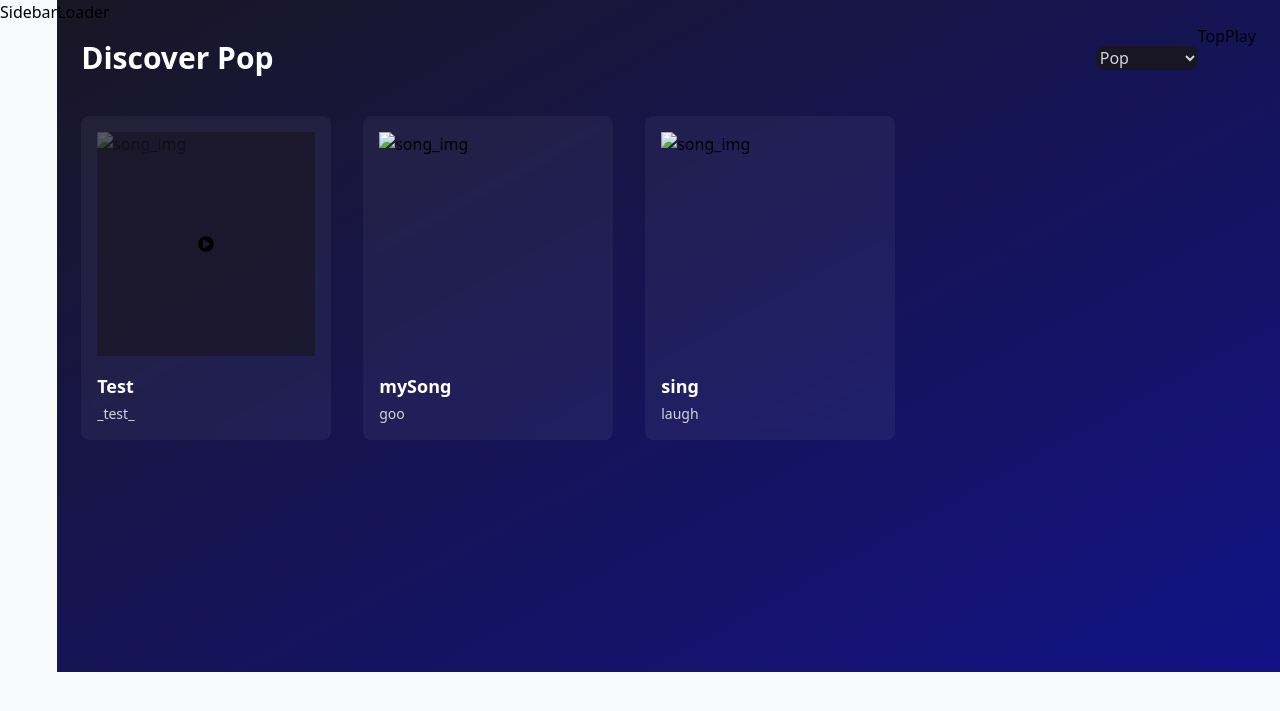
Repository: Chris24T/Dotify
Page: /
The author's editor kept a copy of each file at every save. The page is drawn from the files as they stood at one save, then again after the next save.
The browser window is 1280 px wide. The pictures show the whole page.
The project was rebuilt for these pictures with package versions that can differ from the ones it lists, and the page was loaded fresh each time. Also part of the build but not shown: vite.config.js, src/components/ArtistCard.jsx, src/components/DetailsHeader.jsx, src/components/SongBar.jsx, src/components/RelatedSongs.jsx, src/components/MusicPlayer/Controls.jsx, src/components/MusicPlayer/Player.jsx, src/components/MusicPlayer/Seekbar.jsx and 12 more.

Above is the page before, as saved 2022-12-03 22:25:55.

### src/redux/store.js
import { configureStore } from '@reduxjs/toolkit';

import { shazamCoreApi } from './services/shazamCore';
import playerReducer from './features/playerSlice';

export const store = configureStore({
  reducer: {
    player: playerReducer,
    [shazamCoreApi.reducerPath]: shazamCoreApi.reducer,
  },
  middleware: (getDefaultMiddleware) =>
    getDefaultMiddleware().concat(shazamCoreApi.middleware),
});

### src/redux/services/shazamCore.js
import { createApi, fetchBaseQuery } from '@reduxjs/toolkit/query/react';

const baseHeaders = {
  'X-RapidAPI-Key': 'aa86041609msh651730729ed9b3dp1da6e2jsn7ec97b06be13',
  'X-RapidAPI-Host': 'shazam-core.p.rapidapi.com',
};

export const shazamCoreApi = createApi({
  reducerPath: 'shazamCoreApi',
  baseQuery: fetchBaseQuery({
    baseUrl: 'https://shazam-core.p.rapidapi.com/v1',
    prepareHeaders: (headers) => {
      headers.set({ baseHeaders });
      return headers;
    },
  }),
  endpoints: (builder) => ({
    getTopCharts: builder.query({ query: (genre) => '/charts/world' }),
  }),
});
// redux toolkit auto generates a hook
export const { useGetTopChartsQuery } = shazamCoreApi;

### src/redux/features/playerSlice.js
import { createSlice } from '@reduxjs/toolkit';

const initialState = {
  currentSongs: [],
  currentIndex: 0,
  isActive: false,
  isPlaying: false,
  activeSong: {},
  genreListId: '',
};

const playerSlice = createSlice({
  name: 'player',
  initialState,
  reducers: {
    setActiveSong: (state, action) => {
      state.activeSong = action.payload.song;

      if (action.payload?.data?.tracks?.hits) {
        state.currentSongs = action.payload.data.tracks.hits;
      } else if (action.payload?.data?.properties) {
        state.currentSongs = action.payload?.data?.tracks;
      } else {
        state.currentSongs = action.payload.data;
      }

      state.currentIndex = action.payload.i;
      state.isActive = true;
    },

    nextSong: (state, action) => {
      if (state.currentSongs[action.payload]?.track) {
        state.activeSong = state.currentSongs[action.payload]?.track;
      } else {
        state.activeSong = state.currentSongs[action.payload];
      }

      state.currentIndex = action.payload;
      state.isActive = true;
    },

    prevSong: (state, action) => {
      if (state.currentSongs[action.payload]?.track) {
        state.activeSong = state.currentSongs[action.payload]?.track;
      } else {
        state.activeSong = state.currentSongs[action.payload];
      }

      state.currentIndex = action.payload;
      state.isActive = true;
    },

    playPause: (state, action) => {
      state.isPlaying = action.payload;
    },

    selectGenreListId: (state, action) => {
      state.genreListId = action.payload;
    },
  },
});

export const { setActiveSong, nextSong, prevSong, playPause, selectGenreListId } = playerSlice.actions;

export default playerSlice.reducer;

### src/components/SongCard.jsx
import { Link } from 'react-router-dom';
import { useDispatch } from 'react-redux';

import PlayPause from './PlayPause';
import { playPause, setActiveSong } from '../redux/features/playerSlice';

const SongCard = ({ song, i }) => {
  const activeSong = { title: 'Test' };

  const handlePauseClick = () => {};
  const handlePlayClick = () => {};

  return (
    <div
      className="flex flex-col w-[250px] p-4 bg-white/5 bg-opacity-80
     backdrop-blur-sm animate-slideup rounded-lg cursor-pointer"
    >
      <div className="relative w-full h-56 group">
        <div
          className={`absolute inset-0 justify-center items-center
          bg-black bg-opacity-50 group-hover:flex ${
            activeSong?.title === song.title
              ? 'flex bg-black bg-opacity-70'
              : 'hidden'
          }`}
        >
          <PlayPause
            song={song}
            handlePause={handlePauseClick}
            handlePlay={handlePlayClick}
          />
        </div>
        <img alt="song_img" src={song.image?.coverart} />
      </div>
      <div className="mt-4 flex flex-col">
        <p className="font-semibold text-lg text-white truncate">
          <Link to={`/songs/$song?.key`}>{song.title}</Link>
        </p>
        <p className="text-sm truncate text-gray-300 mt-1">
          <Link
            to={
              song.artists
                ? `/artists/${song?.artists[0]?.adamid}`
                : '/top-artists'
            }
          >
            {song.subtitle}
          </Link>
        </p>
      </div>
    </div>
  );
};

export default SongCard;

### src/pages/Discover.jsx
import { Error, Loader, SongCard } from '../components';
import { genres } from '../assets/constants';
import { useDispatch, useSelector } from 'react-redux';
import { useGetTopChartsQuery } from '../redux/services/shazamCore';
import { useDebugValue } from 'react';

const Discover = () => {
  const dispach = useDebugValue();
  const { activeSong, isPlaying } = useSelector((state) => state.player);
  // const { data, isFetching, error } = useGetTopChartsQuery();
  const data = [
    { title: 'Test', subtitle: '_test_' },
    { title: 'mySong', subtitle: 'goo' },
    { title: 'sing', subtitle: 'laugh' },
  ];
  const isFetching = false;
  const genreTitle = 'Pop';

  if (isFetching) return <Loader title="Loading Songs..." />;
  // if (error) return <Error />;

  return (
    <div className="flex flex-col">
      <div className="w-full flex justify-between items-center sm:flex-row flex-col mt-4 mb-10">
        <h2 className="font-bold text-3xl text-white text-left">
          Discover {genreTitle}
        </h2>
        <select
          onChange={() => {}}
          value=""
          className="bg-black rounded-lg outline-none text-gray-300 sm:mt-0 mt-5"
        >
          {genres.map((genre) => (
            <option key={genre.value} value={genre.value}>
              {genre.title}
            </option>
          ))}
        </select>
      </div>
      <div className="flex flex-wrap sm:justify-start justify-center gap-8">
        {data.map((song, i) => {
          return (
            <SongCard
              key={song.key}
              song={song}
              isPlaying={isPlaying}
              activeSong={activeSong}
              i={i}
            ></SongCard>
          );
        })}
      </div>
    </div>
  );
};

export default Discover;

### src/components/PlayPause.jsx
import { FaPauseCircle, FaPlayCircle } from 'react-icons/fa';

const PlayPause = ({ isPlaying, activeSong, song, handlePause, handlePlay }) =>
  isPlaying && activeSong?.title === song.title ? (
    <FaPauseCircle />
  ) : (
    <FaPlayCircle />
  );

export default PlayPause;

### src/assets/constants.js
import { HiOutlineHashtag, HiOutlineHome, HiOutlinePhotograph, HiOutlineUserGroup } from 'react-icons/hi';

export const genres = [
  { title: 'Pop', value: 'POP' },
  { title: 'Hip-Hop', value: 'HIP_HOP_RAP' },
  { title: 'Dance', value: 'DANCE' },
  { title: 'Electronic', value: 'ELECTRONIC' },
  { title: 'Soul', value: 'SOUL_RNB' },
  { title: 'Alternative', value: 'ALTERNATIVE' },
  { title: 'Rock', value: 'ROCK' },
  { title: 'Latin', value: 'LATIN' },
  { title: 'Film', value: 'FILM_TV' },
  { title: 'Country', value: 'COUNTRY' },
  { title: 'Worldwide', value: 'WORLDWIDE' },
  { title: 'Reggae', value: 'REGGAE_DANCE_HALL' },
  { title: 'House', value: 'HOUSE' },
  { title: 'K-Pop', value: 'K_POP' },
];

export const links = [
  { name: 'Discover', to: '/', icon: HiOutlineHome },
  { name: 'Around You', to: '/around-you', icon: HiOutlinePhotograph },
  { name: 'Top Artists', to: '/top-artists', icon: HiOutlineUserGroup },
  { name: 'Top Charts', to: '/top-charts', icon: HiOutlineHashtag },
];

Loaded but not shown: index.html (common file); src/index.jsx (common file); src/index.css (common file); src/App.jsx (common file); src/components/index.js (common file); src/pages/index.js (common file); src/components/Sidebar.jsx (common file); src/components/Searchbar.jsx (common file); src/components/TopPlay.jsx (common file); tailwind.config.js (common file)

After the next save:
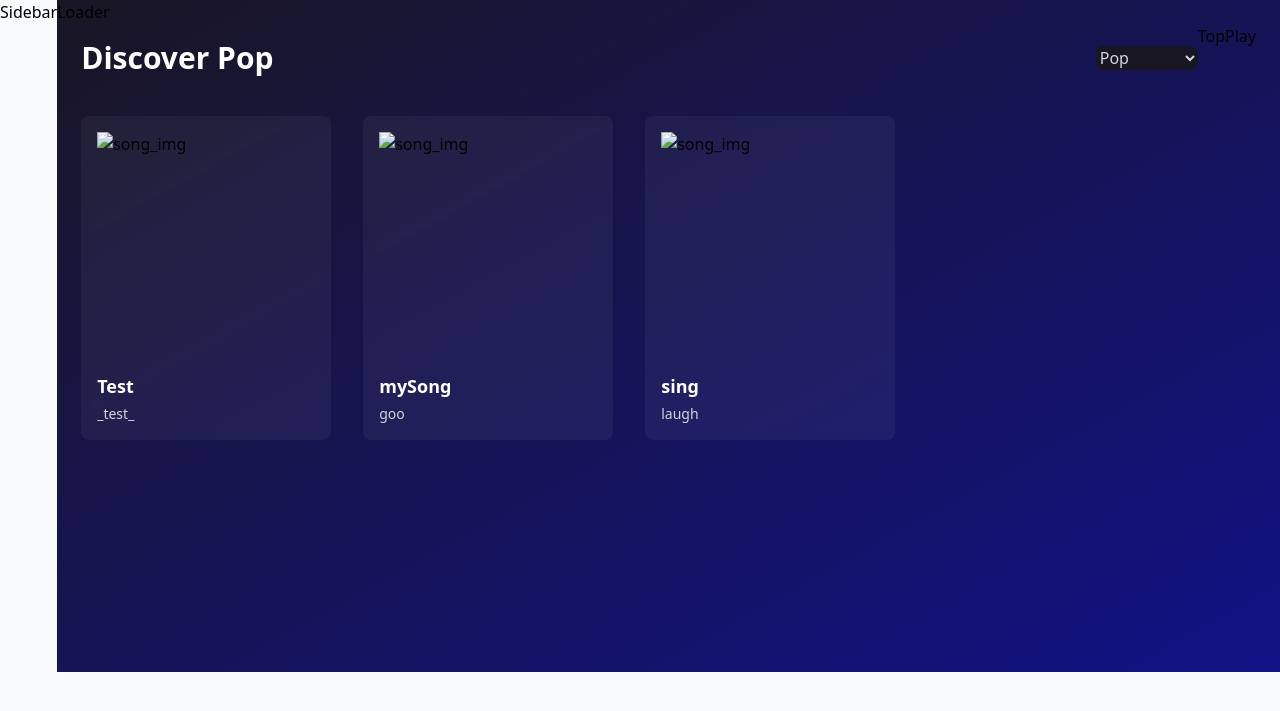
Saved 13 s later.
--- a/src/components/SongCard.jsx
+++ b/src/components/SongCard.jsx
@@ -4,9 +4,7 @@ import { useDispatch } from 'react-redux';
 import PlayPause from './PlayPause';
 import { playPause, setActiveSong } from '../redux/features/playerSlice';
 
-const SongCard = ({ song, i }) => {
-  const activeSong = { title: 'Test' };
-
+const SongCard = ({ song, isPlaying, activeSong, data, i }) => {
   const handlePauseClick = () => {};
   const handlePlayClick = () => {};
 
@@ -26,6 +24,8 @@ const SongCard = ({ song, i }) => {
         >
           <PlayPause
             song={song}
+            isPlaying={isPlaying}
+            activeSong={activeSong}
             handlePause={handlePauseClick}
             handlePlay={handlePlayClick}
           />
